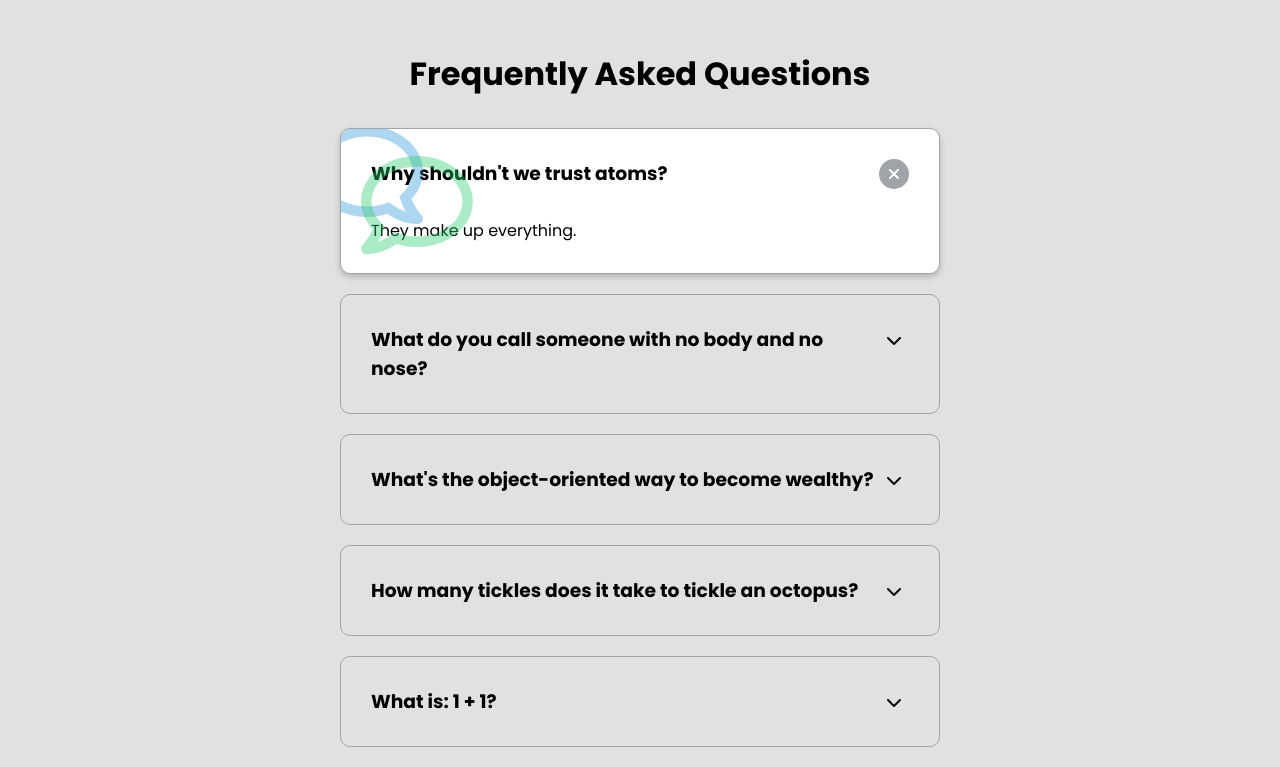
Repository: huynhvanngoan/50projectsin50days
Page: Day12/index.html
The author's editor kept a copy of each file at every save. The page is drawn from the files as they stood at one save, then again after a run of saves.
The browser window is 1280 px wide. The pictures show the whole page.

Above is the page before, as saved 2022-11-14 23:27:37.

### Day12/index.html
<!DOCTYPE html>
<html lang="en">
<head>
    <meta charset="UTF-8">
    <meta http-equiv="X-UA-Compatible" content="IE=edge">
    <meta name="viewport" content="width=device-width, initial-scale=1.0">
    <title>Day 12 - FAQ Collapse</title>
    <link rel="stylesheet" href="https://cdnjs.cloudflare.com/ajax/libs/font-awesome/6.2.0/css/all.min.css"
        integrity="sha512-xh6O/CkQoPOWDdYTDqeRdPCVd1SpvCA9XXcUnZS2FmJNp1coAFzvtCN9BmamE+4aHK8yyUHUSCcJHgXloTyT2A=="
        crossorigin="anonymous" referrerpolicy="no-referrer" />
    <link rel="stylesheet" href="style.css">
</head>
<body>
    <h1>Frequently Asked Questions</h1>
    <div class="faq-container">
        <div class="faq active">
            <h3 class="faq-title">
                Why shouldn't we trust atoms?
            </h3>
            <p class="faq-text">
                They make up everything.
            </p>
            <button class = "faq-toggle">
                <i class="fas fa-chevron-down"></i>
                <i class="fas fa-times"></i>
            </button>
        </div>
        <div class="faq ">
            <h3 class="faq-title">
                What do you call someone with no body and no nose?
            </h3>
            <p class="faq-text">
                Nobody knows.
            </p>
            <button class = "faq-toggle">
                <i class="fas fa-chevron-down"></i>
                <i class="fas fa-times"></i>
            </button>
        </div>
        <div class="faq ">
            <h3 class="faq-title">
                What's the object-oriented way to become wealthy?
            </h3>
            <p class="faq-text">
                Inheritance.
            </p>
            <button class = "faq-toggle">
                <i class="fas fa-chevron-down"></i>
                <i class="fas fa-times"></i>
            </button>
        </div>
        <div class="faq ">
            <h3 class="faq-title">
                How many tickles does it take to tickle an octopus?
            </h3>
            <p class="faq-text">
                Ten-tickles!
            </p>
            <button class = "faq-toggle">
                <i class="fas fa-chevron-down"></i>
                <i class="fas fa-times"></i>
            </button>
        </div>
        <div class="faq ">
            <h3 class="faq-title">
                What is: 1 + 1?
            </h3>
            <p class="faq-text">
                Depends on who are you asking.
            </p>
            <button class = "faq-toggle">
                <i class="fas fa-chevron-down"></i>
                <i class="fas fa-times"></i>
            </button>
        </div>
    </div>
    <script src="script.js"></script>
</body>
</html>

### Day12/style.css
@import url('https://fonts.googleapis.com/css2?family=Poppins:wght@300;400;500;600;700&display=swap');
* {
    box-sizing: border-box;
}

body {
    font-family: 'Poppins', sans-serif;
    background-color: #e1e1e1;
}

h1{
    margin: 50px 0 30px;
    text-align: center;
}
.faq-container {
    max-width: 600px;
    margin: 0 auto;
}
.faq {
    background-color: transparent;
    border: 1px solid #9fa4a8;
    border-radius: 10px;
    margin: 20px 0;
    padding: 30px;
    position: relative;
    overflow: hidden;
    transition: 0.3s ease;
}
.faq.active {
    background-color: #fff;
    box-shadow: 0 3px 6px rgba(0, 0, 0, 0.1), 0 3px 6px rgba(0, 0, 0, 0.1);
}

.faq.active::before,
.faq.active::after {
    content: '\f075';
    font-family: 'Font Awesome 6 Free';
    color: #2ecc71;
    font-size: 7rem;
    position: absolute;
    opacity: 0.4;
    top: 20px;
    left: 20px;
    z-index: 0;
}
.faq.active::before{
    color: #3498db;
    top: -10px;
    left: -30px;
    transform: rotateY(180deg);
}
.faq-title {
    margin: 0 35px 0 0;
}
.faq-text {
    display: none;
    margin: 30px 0 0;
}
.faq.active .faq-text{
    display: block;
}
.faq-toggle {
    background-color: transparent;
    border: 0;
    border-radius: 50%;
    cursor: pointer;
    display: flex;
    align-items: center;
    justify-content: center;
    font-size: 16px;
    padding: 0;
    position: absolute;
    top: 30px;
    right: 30px;
    height: 30px;
    width: 30px;
}
.faq-togle:focus{
    outline: 0;
}
.faq-toggle .fa-times{
    display: none;
}
.faq.active .faq-toggle .fa-times{
    color: #fff;
    display: block;
}
.faq.active .faq-toggle .fa-chevron-down{
    display: none;
}

.faq.active .faq-toggle {
    background-color: #9fa4a8;
}

### Day12/script.js
const toggles = document.querySelectorAll('.faq-toggle');

toggles.forEach(toggle => {
    toggle.addEventListener('click', () => {
        toggle.parentNode.classList.toggle('active');
    })
})

After the next 3 saves:
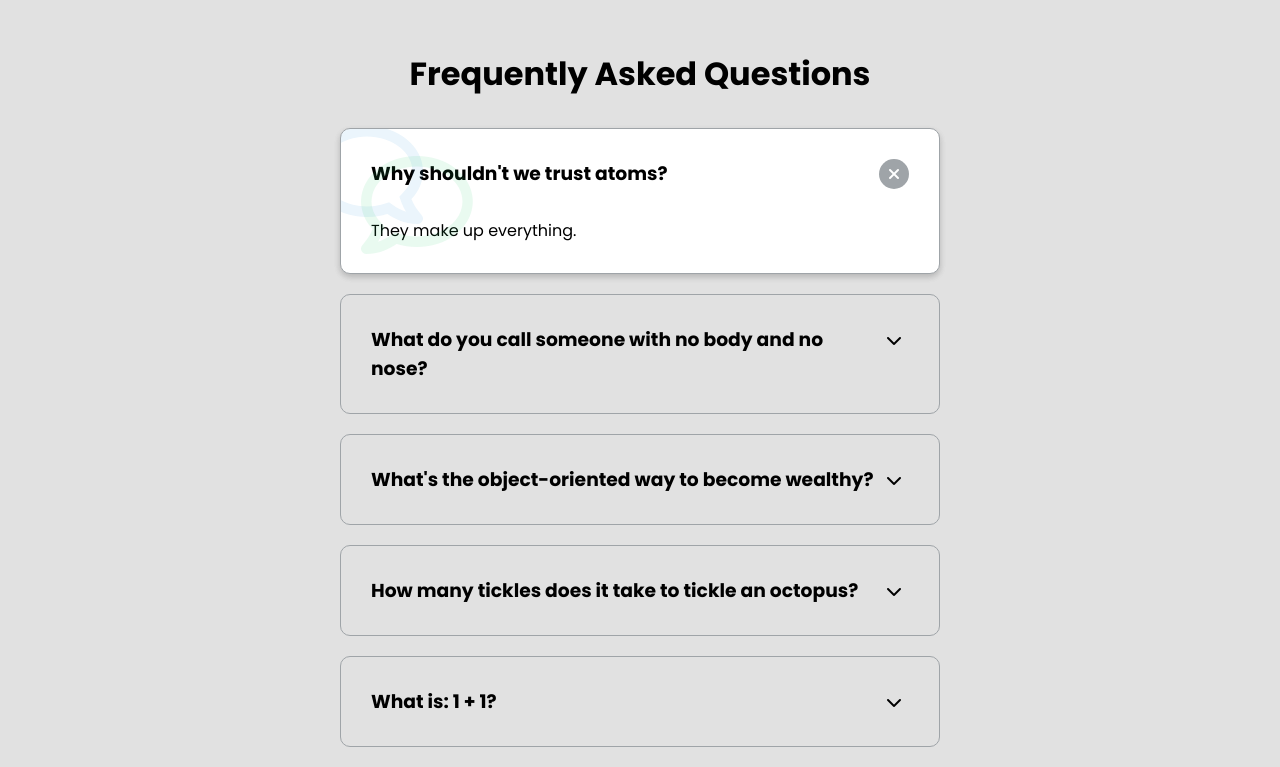
The 3 saves are shown as one change because they came seconds apart.
The last was saved 16 s later.
--- a/Day12/style.css
+++ b/Day12/style.css
@@ -38,7 +38,7 @@ h1{
     color: #2ecc71;
     font-size: 7rem;
     position: absolute;
-    opacity: 0.4;
+    opacity: 0.1;
     top: 20px;
     left: 20px;
     z-index: 0;
